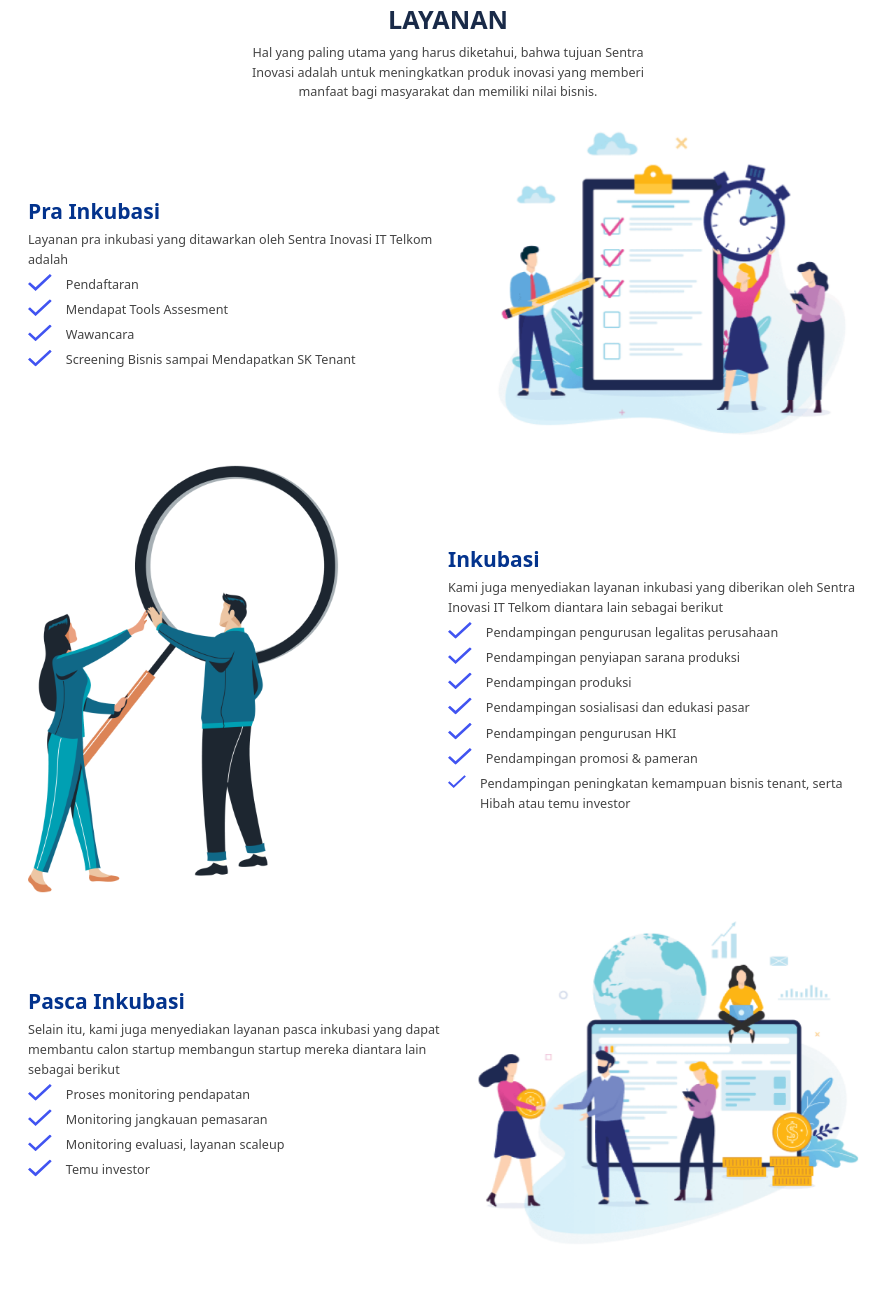
Repository: whytrno/sinovi-products
Page: /
An editor plug-in stored every save of this project. The page is shown before and after the next save, followed by the edit.
The browser window is 1280 px wide. The pictures show the part of the page from y = 1542 to 3462 px (the page is 3404 px tall before and 3462 px after), at 70% of full size.
The project was rebuilt for these pictures with package versions that can differ from the ones it lists, and the page was loaded fresh each time. The framework's server and built-in components were replaced by stand-ins that run in the browser. Also part of the build but not shown: next.config.js, components/Produk.js.

Above is the page before, as saved 2023-02-24 12:08:05.

After the next save:
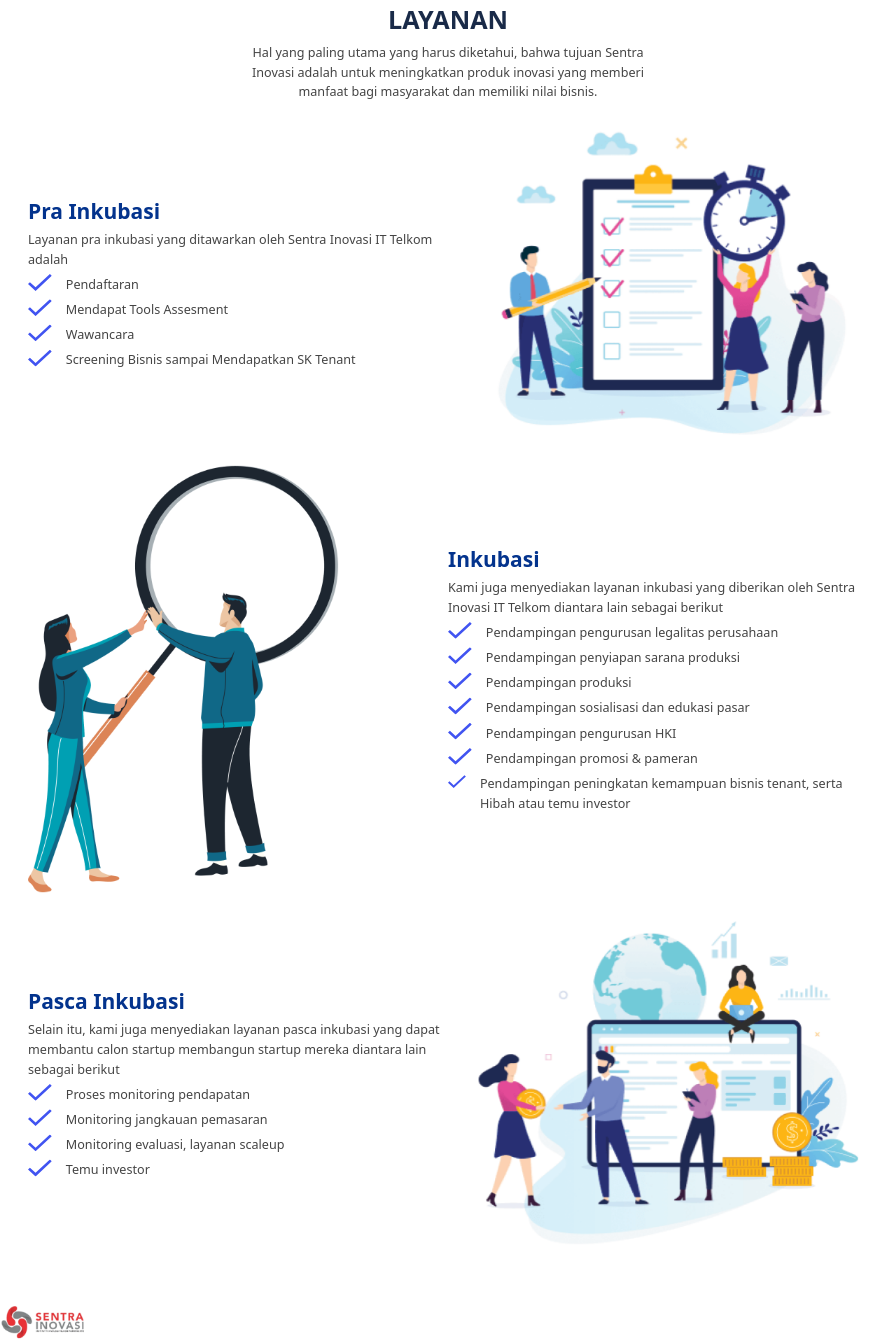
Saved 7 s later.
--- a/pages/index.js
+++ b/pages/index.js
@@ -1,3 +1,4 @@
+import Footer from "@/components/Footer";
 import Hero from "@/components/Hero";
 import Layanan from "@/components/Layanan";
 import Navbar from "@/components/Navbar";
@@ -12,6 +13,7 @@
       <VisiMisi />
       <Layanan />
       {/* <Produk /> */}
+      <Footer />
     </div>
   )
 }
